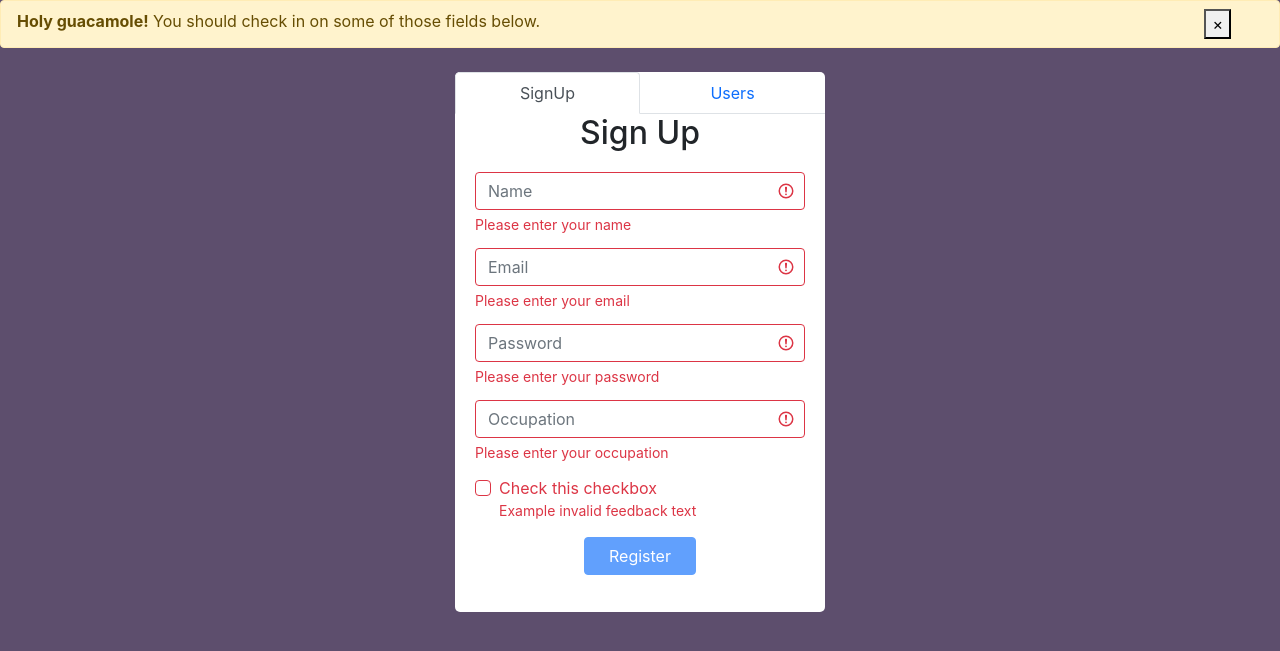
Repository: asadalibest1/SignUp-from
Page: /
These files come from the project's save history. The page is drawn as it stood at one moment and after the next save; the edit follows.
The browser window is 1280 px wide. The pictures show the whole page.
The project was rebuilt for these pictures with package versions that can differ from the ones it lists, and the page was loaded fresh each time.

Above is the page before, as saved 2021-02-09 16:38:26.

After the next save:
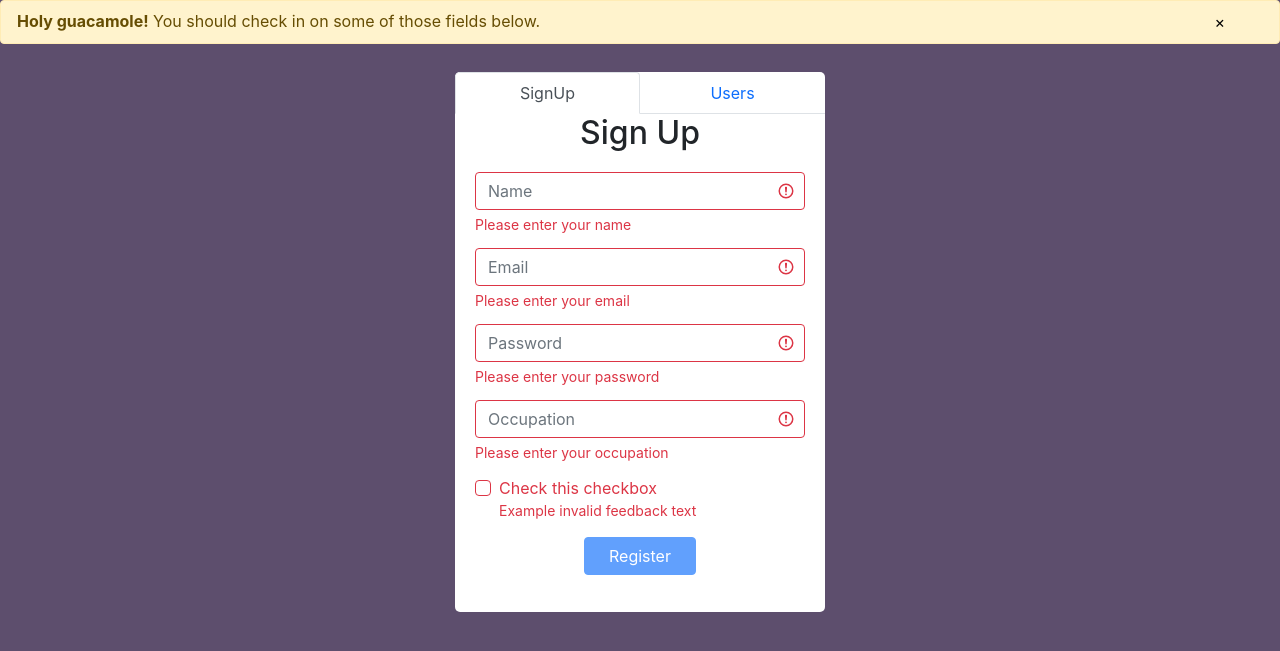
Saved 18 s later.
--- a/src/components/SignUp/SignUp.css
+++ b/src/components/SignUp/SignUp.css
@@ -24,8 +24,8 @@
 .SignUp .alertea button{
     float: right;
     clear: both;
-    outline: none;
-
+    border: 0;
+    background: transparent;
 }
 
 @media (max-width: 800px) {
